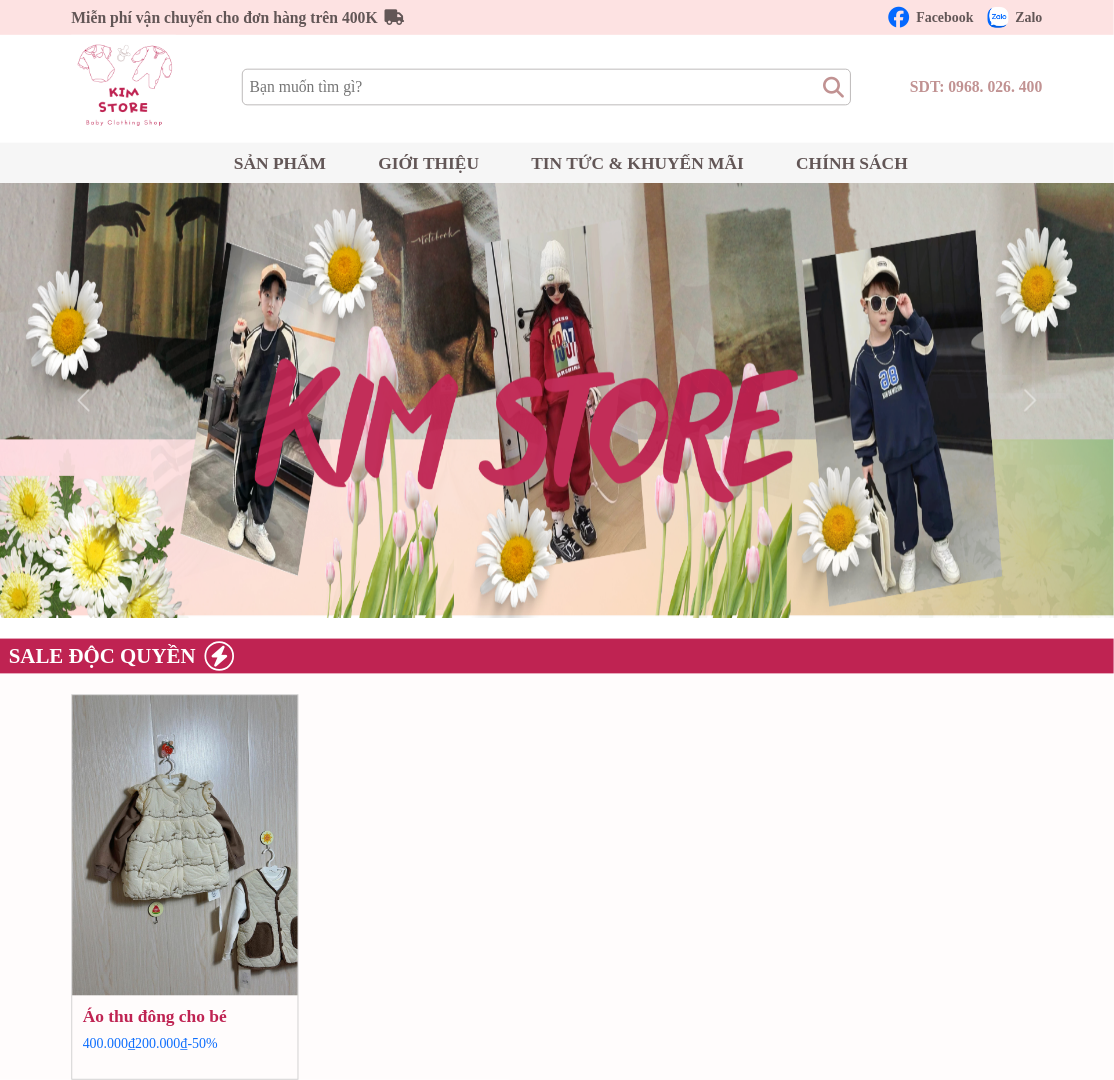
Repository: hoang28092000/kim-store
Page: index.html
These files come from the project's save history. The page is drawn as it stood at one moment and after a run of saves; the edit follows.
The browser window is 1280 px wide. The pictures show the whole page, at 87% of full size.
Some web libraries are served in a nearby version.

Above is the page before, as saved 2024-11-01 15:29:46.

### index.html
<!DOCTYPE html>
<html lang="en">
<head>
    <meta charset="UTF-8">
    <meta name="viewport" content="width=device-width, initial-scale=1.0">
    <link href="https://cdn.jsdelivr.net/npm/bootstrap@5.0.2/dist/css/bootstrap.min.css" rel="stylesheet" integrity="sha384-EVSTQN3/azprG1Anm3QDgpJLIm9Nao0Yz1ztcQTwFspd3yD65VohhpuuCOmLASjC" crossorigin="anonymous">
    <link rel="stylesheet" href="https://cdnjs.cloudflare.com/ajax/libs/font-awesome/6.6.0/css/all.min.css" integrity="sha512-Kc323vGBEqzTmouAECnVceyQqyqdsSiqLQISBL29aUW4U/M7pSPA/gEUZQqv1cwx4OnYxTxve5UMg5GT6L4JJg==" crossorigin="anonymous" referrerpolicy="no-referrer" />
    <link rel="stylesheet" href="asset/style.css">
    <title>KIM STORE</title>
</head>
<body>
    <div id="header">
        <div class="top_header ">
                <div class="container d-flex justify-content-between">
                    <div class="r-top_header d-flex align-items-center">
                        <p class="txt_bold mb-0 me-2">Miễn phí vận chuyển cho đơn hàng trên 400K</p>
                    <i class="fa-solid fa-truck icon-truck mb-0"></i>
                    </div>
                    <ul class="icons-header d-flex align-items-center mb-0">
                        <a href="" class="tag-a-top_header">
                            <li class="icon d-flex me-3">
                                <i class="fa-brands fa-facebook icon_fb me-2"></i>
                                <span class="txt-fb">Facebook</span>
                            </li>
                        </a>
                        <a href="" class="tag-a-top_header">
                            <li class="icon d-flex">
                                <img src="asset/image/icon_zalo.webp" alt="this is picture zalo" class="icon_zalo me-2">
                                <span class="txt-zalo">Zalo</span>
                             </li>
                        </a>
                    </ul>
                </div>
        </div>

        <div class="bottom_headder">
            <div class="container d-flex justify-content-between align-items-center">
                <a href="" class="">
                    <img src="asset/image/KIM-store.png" alt="this is logo" class="img_logo">
                </a>
                <div class="d-flex align-items-center">
                    <input type="text" class="search_header" placeholder="Bạn muốn tìm gì?">
                    <i class="fa-solid fa-magnifying-glass icon_search"></i>
                </div>
                <span class="sdt_header">SDT: 0968. 026. 400</span>
        </div>
    </div>


    <div id="navbar">
        <div class="container">
            <ul class="nav_links d-flex justify-content-center mb-0 py-2">
                <li class="item_link" ><a href="" class="nav_link">SẢN PHẨM</a></li>
                <li class="item_link" ><a href="" class="nav_link">GIỚI THIỆU</a></li>
                <li class="item_link" ><a href="" class="nav_link">TIN TỨC & KHUYẾN MÃI</a></li>
                <li class="item_link" ><a href="" class="nav_link">CHÍNH SÁCH</a></li>
            </ul>
        </div>
        <div class="banner">
            <div id="carouselExampleFade" class="carousel slide carousel-fade" data-bs-ride="carousel">
                <div class="carousel-inner">
                  <div class="carousel-item active">
                    <img src="asset/image/KIM_STORE.png" class="d-block w-100 banner" alt="this is banner">
                  </div>
                  <div class="carousel-item">
                    <img src="asset/image/banner2.png" class="d-block w-100 banner" alt="this is banner 2">
                  </div>
                  <div class="carousel-item">
                    <img src="asset/image/banner3.png" class="d-block w-100 banner" alt="this is banner 3">
                  </div>
                </div>
                <button class="carousel-control-prev" type="button" data-bs-target="#carouselExampleFade" data-bs-slide="prev">
                  <span class="carousel-control-prev-icon" aria-hidden="true"></span>
                  <span class="visually-hidden">Previous</span>
                </button>
                <button class="carousel-control-next" type="button" data-bs-target="#carouselExampleFade" data-bs-slide="next">
                  <span class="carousel-control-next-icon" aria-hidden="true"></span>
                  <span class="visually-hidden">Next</span>
                </button>
              </div>
        </div>
    </div>


    <div id="main" class="mt-4">
        <div class="title_txt d-flex align-items-center">
            <h3 class="txt_sale mb-0">SALE ĐỘC QUYỀN</h3>
            <i class="fa-solid fa-bolt icon_bold"></i>
        </div>
        <div class="container">
            <div class="row mt-4">
                <div class="col-lg-3">
                    <a href="" class="txt-decoration_none">
                        <div class="card_product">
                            <img src="asset/image/anh_1.jpg" class="img-card_product w-100" alt=" this is picture card">
                            <div class="info_card">
                                <h4 class="name_product">
                                    Áo thu đông cho bé
                                </h4>
                                <div class="price d-flex">
                                    <p class="price-no_sale">
                                        400.000₫
                                    </p>
                                    <p class="price_sale">
                                        200.000₫
                                    </p>
                                    <p class="percent">
                                        -50%
                                    </p>
                                </div>
                            </div>
                        </div>
                    </a>
                </div>
            </div>
        </div>
    </div>


    <div id="footer">

    </div>






    <script src="https://cdn.jsdelivr.net/npm/bootstrap@5.0.2/dist/js/bootstrap.bundle.min.js" integrity="sha384-MrcW6ZMFYlzcLA8Nl+NtUVF0sA7MsXsP1UyJoMp4YLEuNSfAP+JcXn/tWtIaxVXM" crossorigin="anonymous"></script>
</body>
</html>

### asset/style.css
*{
    margin: 0;
    padding: 0;
    box-sizing: border-box;
    font-family: Montserrat;
    list-style: none;
    text-decoration: none;
}
.txt-decoration_none{
    text-decoration: none;
}
.txt-16px{
    font-size: 16px;
    color: #625656;
}
.txt_bold{
    font-size: 18px;
    color: #625656;
    font-weight: 700;
}
#header{

}
#header .top_header{
    height: 40px;
    background-color: #FDE2E2;
}
.top_header .r-top_header{
    height: 40px;
}
.top_header .icon-truck{
    font-size: 18px;
    color: #625656;
}
.top_header .tag-a-top_header{
    text-decoration: none;
}
.top_header .icon_fb{
    font-size: 24px;
    color: #0468ff;
}
.top_header .icon_zalo{
    width: 24px;
    height: 24px;
}
.top_header .txt-fb , .top_header .txt-zalo{
    font-size: 16px;
    color: #625656;
    font-weight: 600;
}
.top_header .txt-fb:hover , .top_header .txt-zalo:hover{
    color: #fff;
}

#header .bottom_headder {
    height: 124px;
}
.bottom_headder .img_logo{
    width: 120px;
    height: 120px;
}
.bottom_headder .search_header {
    width: 700px;
    height: 42px;
    font-size: 18px;
    color: #625656;
    border-radius: 6px;
    border: 1px solid #b3b0b0;
    padding-left: 8px;
    outline: none;
}
.bottom_headder .icon_search{
    font-size: 24px;
    color: #c19292;
    margin-left: -32px;
}
.bottom_headder .icon_search:hover{
    opacity: 0.7;
    cursor: pointer;
}
.bottom_headder .sdt_header{
    font-size: 18px;
    font-weight: 600;
    color: #c19292;
}


/* navbar */
#navbar{
    background: #f6f6f6;
    height: auto;
}
#navbar .nav_links{
    list-style: none;
}

.nav_links .nav_link{
    font-size: 20px;
    color: #625656;
    text-decoration: none;
    padding: 11px 30px;
    font-weight: 600;
}
.nav_links .nav_link:hover{
    background-color: #c19292;
    color: #f6f6f6;
}

#navbar .banner{
    height: 500px;
}
#main{
    background-color: #fffcfc;
}
#main .title_txt{
    background-color: #bf2352;
    height: 40px;
}
#main .txt_sale{
    font-size: 24px;
    font-weight: 700;
    color: #fff;
    padding: 10px;
}
#main .icon_bold{
    font-size: 24px;
    border: #fff 2px solid;
    border-radius: 50px;
    padding: 3px 4px 3px 5px;
    color: #fff;
}
#main .card_product{
    border: 1px solid #ccc;

}
.card_product .info_card{
    padding: 12px;
}
.card_product .info_card .name_product{
    font-size: 20px;
    color: #bf2352;
    font-weight: 600;
}

After the next 2 saves:
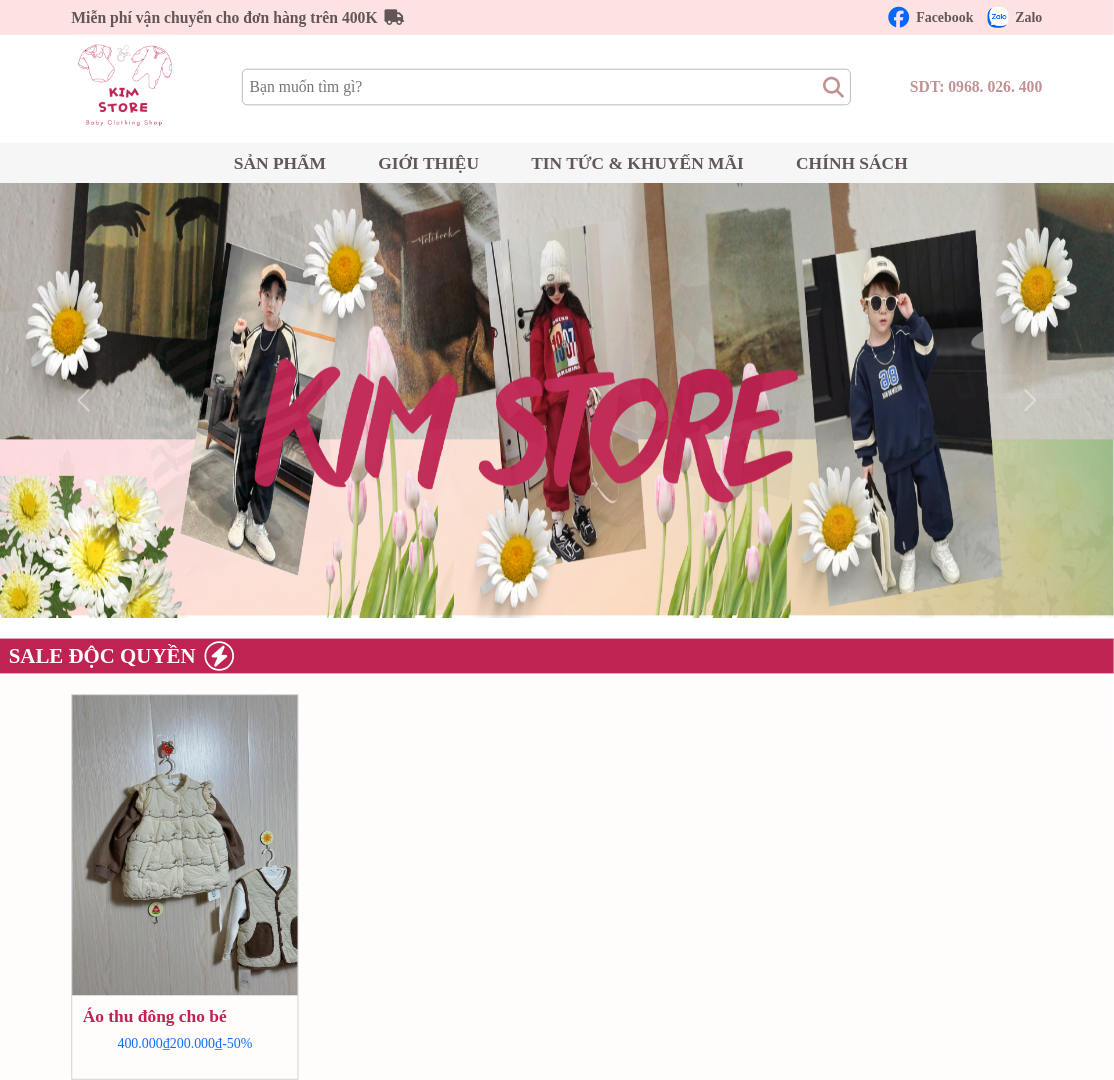
The 2 saves are shown as one change because they came seconds apart.
The last was saved 13 s later.
--- a/index.html
+++ b/index.html
@@ -97,7 +97,7 @@
                                 <h4 class="name_product">
                                     Áo thu đông cho bé
                                 </h4>
-                                <div class="price d-flex">
+                                <div class="price d-flex justify-content-center">
                                     <p class="price-no_sale">
                                         400.000₫
                                     </p>
